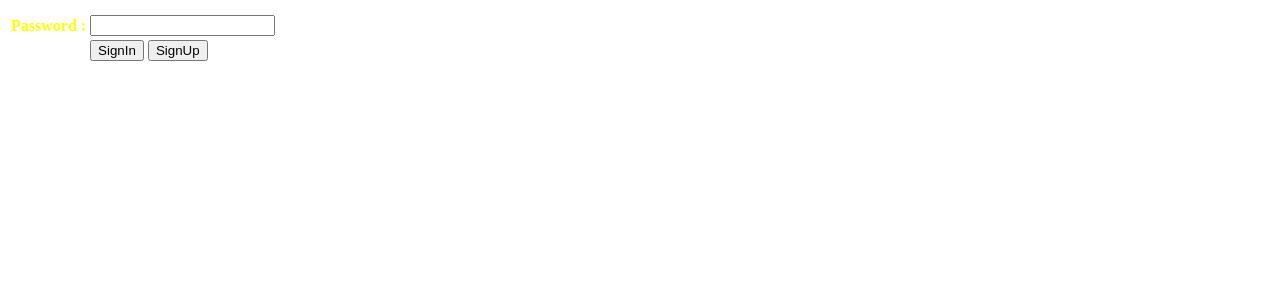
Repository: Jatdevta/AdvanceJava
Page: http://localhost/DynamicProject/Login.jsp
The author's editor kept a copy of each file at every save. The page is drawn from the files as they stood at one save, then again after the next save.
The browser window is 1280 px wide. The pictures show the whole page.
The page is served by Tomcat 9.

Above is the page before, as saved 2023-08-18 08:14:23.

After the next save:
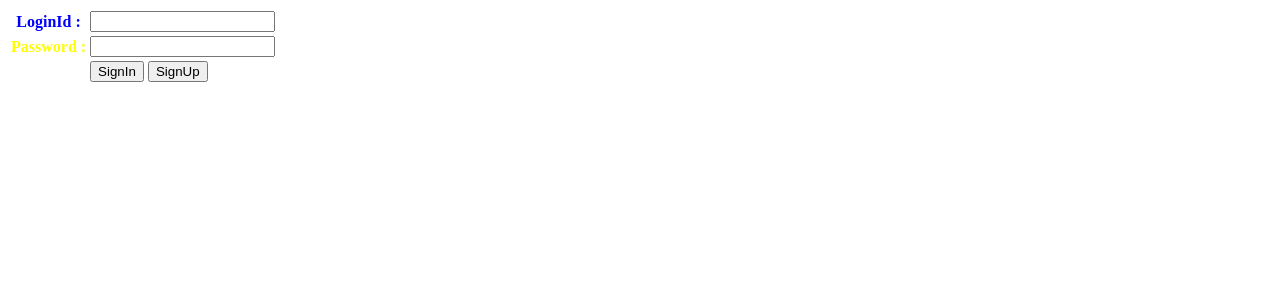
Saved 2 min 7 s later.
--- a/Advancejava/DynamicProject/WebContent/Login.jsp
+++ b/Advancejava/DynamicProject/WebContent/Login.jsp
@@ -7,11 +7,13 @@
 <title>Insert title here</title>
 </head>
 <body>
-	<form action=""></form>
+	<form action="">
 
 	<table>
 		<tr>
-		<tr>
+				<th style = color:blue;>LoginId :</th>
+				<td><input type="text" name="loginId"></td>
+			</tr>
 		<tr>
 			<th style="color: yellow;">Password :</th>
 			<td><input type="password" name="password"></td>
@@ -26,10 +28,10 @@
 
 
 
+</table>
+</form>
 
 
-
-	</table>
 
 
 </body>
